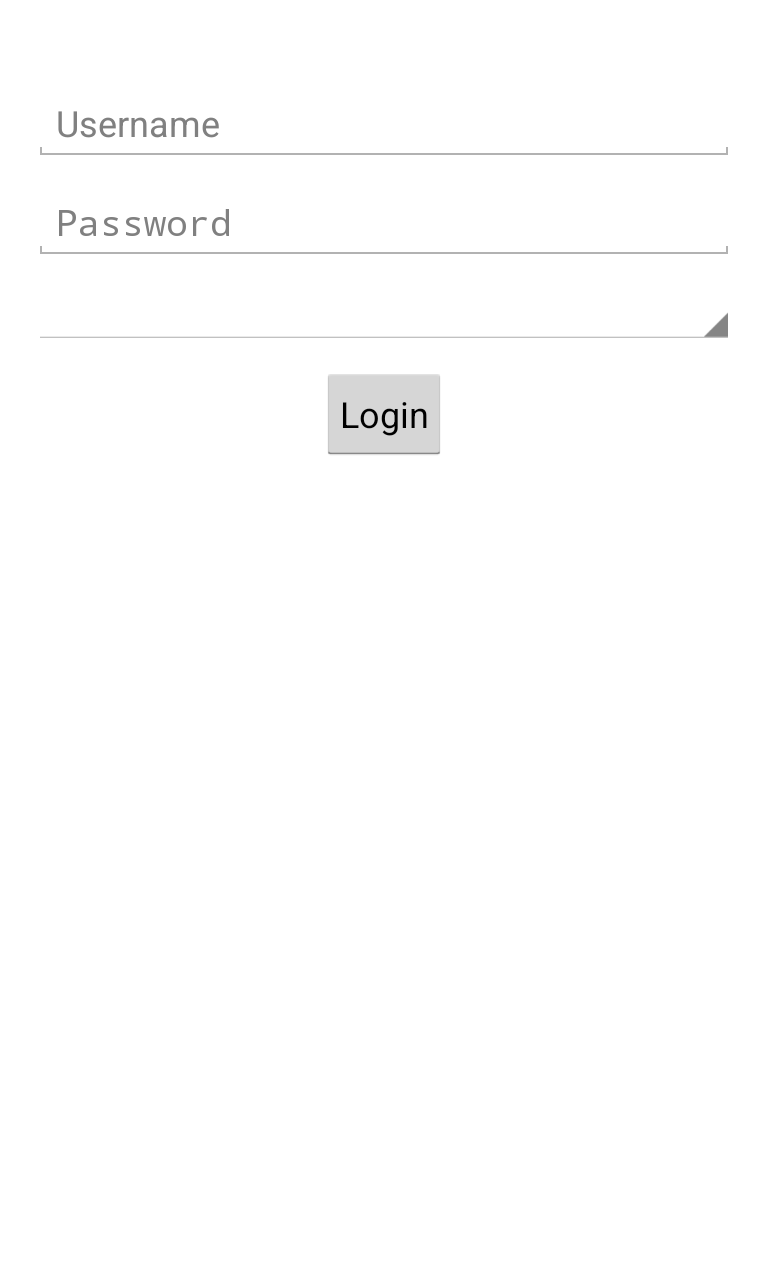
Repository: LennoxAlexion/UID
Layout: Android App/Uid-Project/res/layout/activity_login.xml
An editor plug-in stored every save of this project. The layout is shown before and after the next save, followed by the edit.
It is drawn on a 768 x 1280 px phone screen (xhdpi) without system bars, with theme AppTheme; the app's code is not run.

Above is the layout before, as saved 2015-03-27 19:25:40.

### Android App/Uid-Project/res/layout/activity_login.xml
<RelativeLayout xmlns:android="http://schemas.android.com/apk/res/android"
    xmlns:tools="http://schemas.android.com/tools"
    android:layout_width="match_parent"
    android:layout_height="match_parent"
    android:paddingBottom="@dimen/activity_vertical_margin"
    android:paddingLeft="@dimen/activity_horizontal_margin"
    android:paddingRight="@dimen/activity_horizontal_margin"
    android:paddingTop="@dimen/activity_vertical_margin"
    tools:context=".Activities.LoginActivity" >

    <EditText
        android:id="@+id/ET_Username"
        android:layout_width="fill_parent"
        android:layout_height="wrap_content"
        android:layout_alignParentTop="true"
        android:layout_centerHorizontal="true"
        android:layout_marginTop="26dp"
        android:ems="10"
        android:hint="Username" >

    </EditText>
    <EditText
        android:id="@+id/ET_Password"
        android:layout_width="fill_parent"
        android:layout_height="wrap_content"
        android:layout_below="@id/ET_Username"
        android:layout_centerHorizontal="true"
        android:layout_marginTop="10dp"
        android:ems="10"
        android:hint="Password"
        android:inputType="textPassword">

    </EditText>

    <Spinner
        android:id="@+id/DropDown_Roles"
        android:layout_width="fill_parent"
        android:layout_height="wrap_content"
        android:layout_below="@id/ET_Password"
        android:layout_centerHorizontal="true"
        android:layout_marginTop="10dp" />

    <Button
        android:id="@+id/Button_Login"
        android:layout_width="wrap_content"
    	android:layout_height="wrap_content"
    	android:text="Login"
    	android:padding="5dp"
    	android:layout_below="@id/DropDown_Roles"
    	android:layout_marginTop="10dp"
    	android:layout_centerHorizontal="true"
    	/>
</RelativeLayout>

Loaded but not shown: Android App/Uid-Project/res/values/styles.xml (common file); Android App/Uid-Project/res/values-v11/styles.xml (common file); Android App/Uid-Project/res/values-v14/styles.xml (common file); Android App/Uid-Project/res/values-v21/styles.xml (common file); Android App/Uid-Project/res/values/dimens.xml (common file); Android App/Uid-Project/res/values-w820dp/dimens.xml (common file)

After the next save:
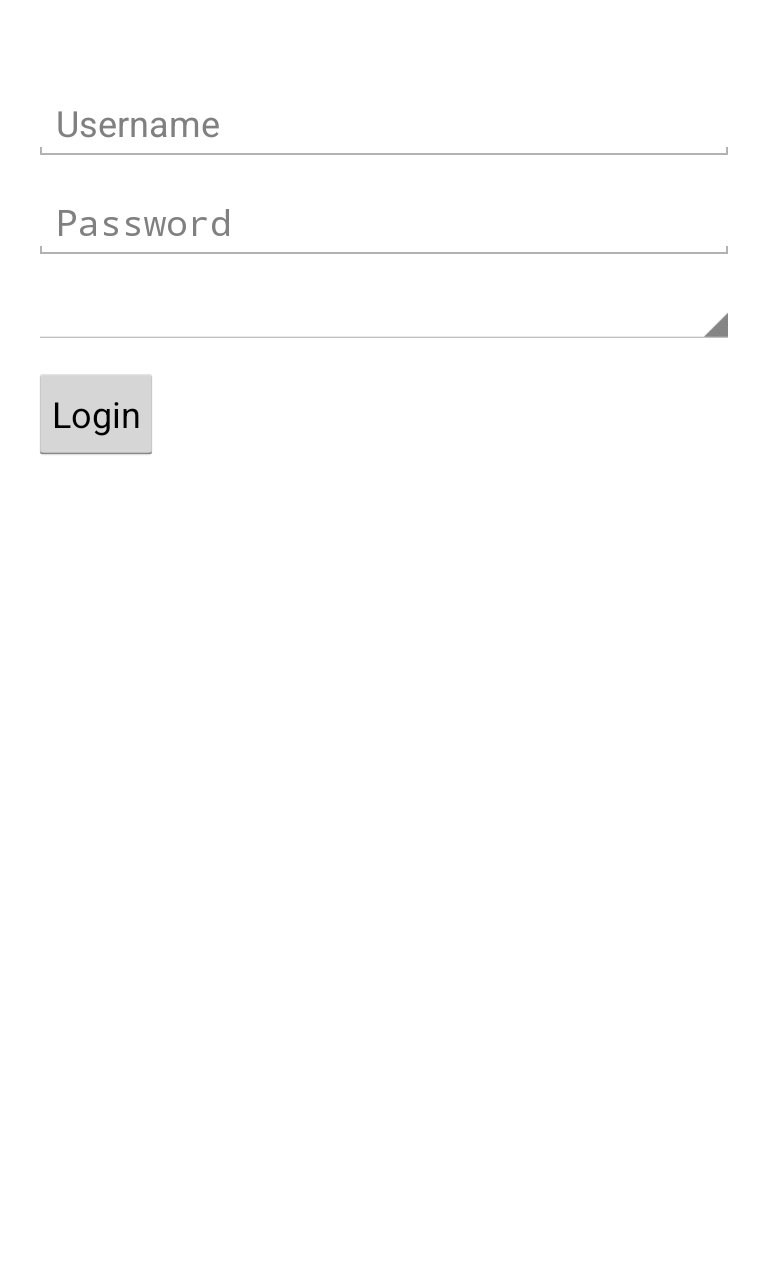
Saved 7 s later.
--- a/Android App/Uid-Project/res/layout/activity_login.xml
+++ b/Android App/Uid-Project/res/layout/activity_login.xml
@@ -6,7 +6,7 @@
     android:paddingLeft="@dimen/activity_horizontal_margin"
     android:paddingRight="@dimen/activity_horizontal_margin"
     android:paddingTop="@dimen/activity_vertical_margin"
-    tools:context=".Activities.LoginActivity" >
+    tools:context="aaap.uid_project.LoginActivity" >
 
     <EditText
         android:id="@+id/ET_Username"
@@ -48,6 +48,6 @@
     	android:padding="5dp"
     	android:layout_below="@id/DropDown_Roles"
     	android:layout_marginTop="10dp"
-    	android:layout_centerHorizontal="true"
+    	android:layout_centerHorizontal="tr"
     	/>
 </RelativeLayout>

After the save that followed:
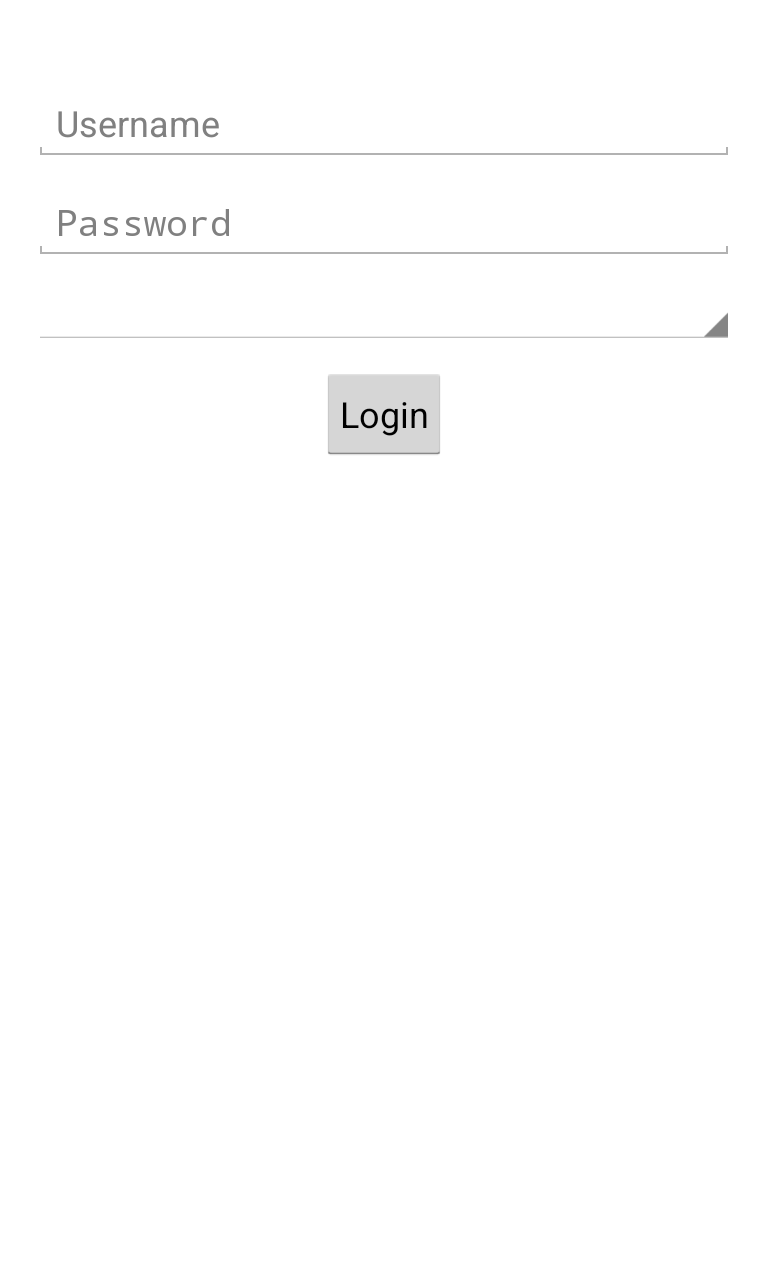
Saved 11 s later.
--- a/Android App/Uid-Project/res/layout/activity_login.xml
+++ b/Android App/Uid-Project/res/layout/activity_login.xml
@@ -48,6 +48,6 @@
     	android:padding="5dp"
     	android:layout_below="@id/DropDown_Roles"
     	android:layout_marginTop="10dp"
-    	android:layout_centerHorizontal="tr"
+    	android:layout_centerHorizontal="true"
     	/>
 </RelativeLayout>
